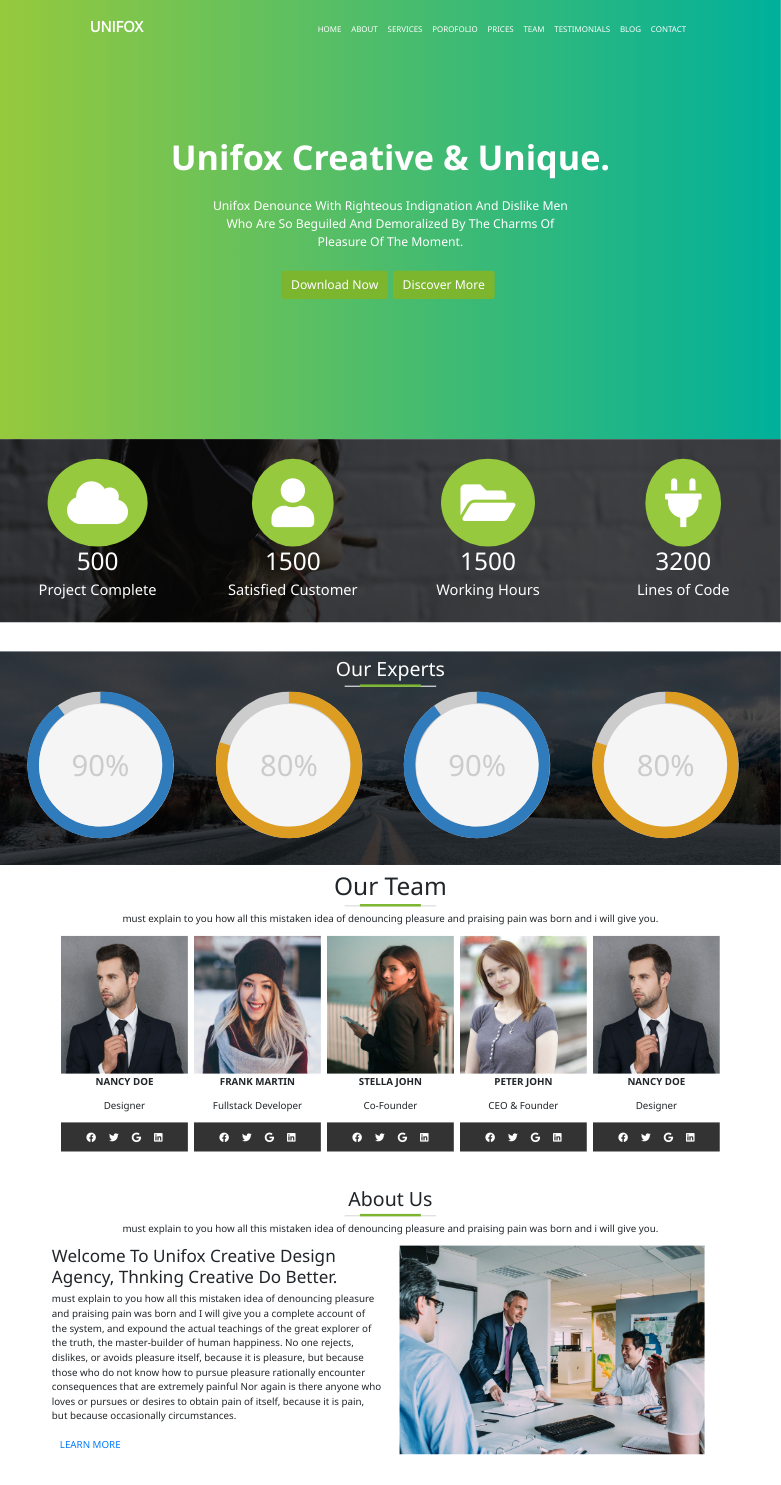
Repository: ibrkhalil/Uniforce-First-Attempt
Page: index.html
These files come from the project's save history. The page is drawn as it stood at one moment and after the next save; the edit follows.
The browser window is 1280 px wide. The pictures show the whole page, at 61% of full size.
Backgrounds fixed to the window are drawn as part of the page.

Above is the page before, as saved 2021-01-24 02:31:52.

After the next save:
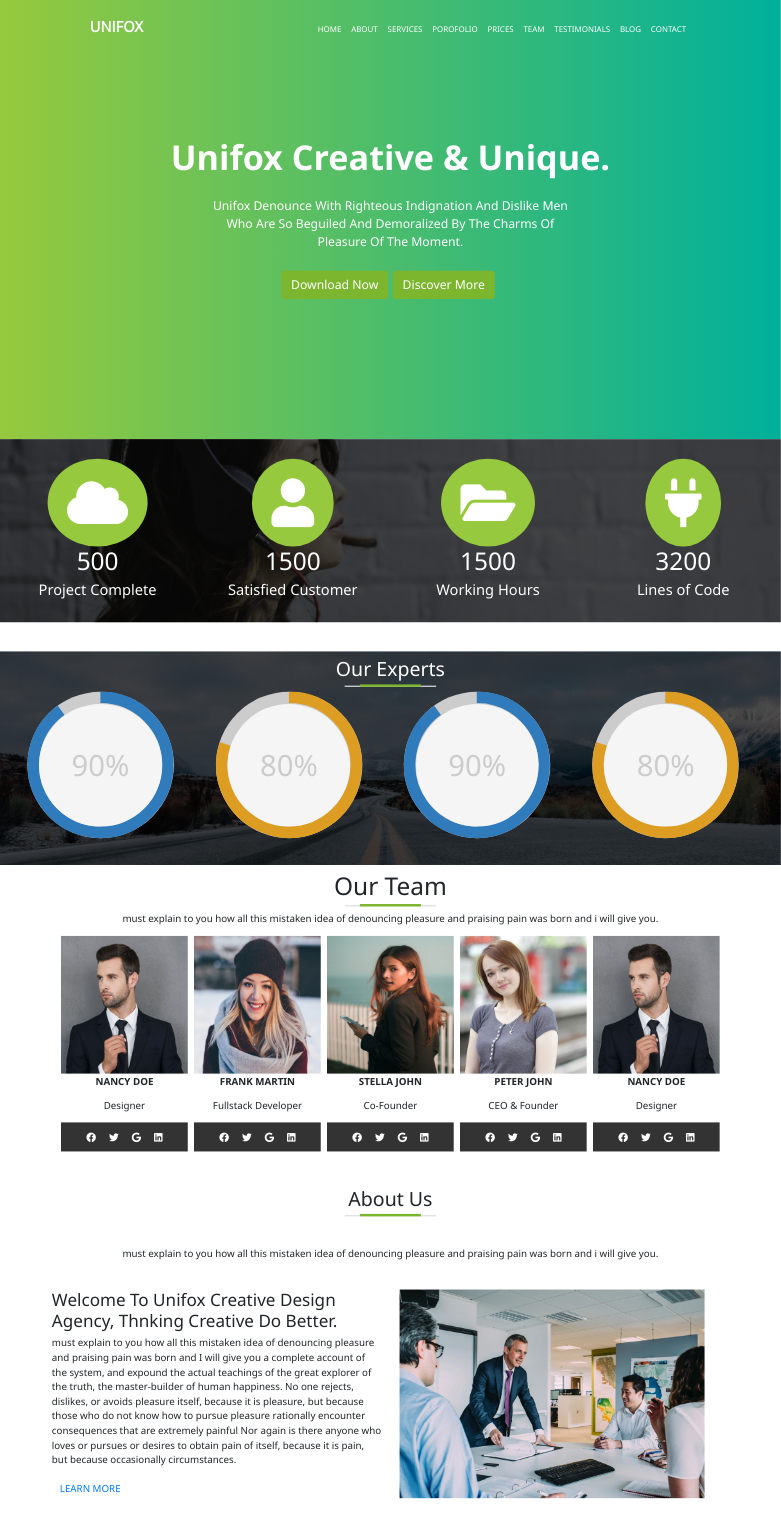
Saved 26 s later.
--- a/index.html
+++ b/index.html
@@ -277,7 +277,7 @@
         <section class="about-section my-5 green-bottom-border">
             <div class="container">
                 <h2 class="line">About Us</h2>
-                <p class="aligny-center">must explain to you how all this mistaken idea of denouncing pleasure and praising pain was born and i will give you.</p>
+                <p class="my-5 aligny-center">must explain to you how all this mistaken idea of denouncing pleasure and praising pain was born and i will give you.</p>
                 <div class="row">
                     <div class="col-md-6"><h3>Welcome To <span class="green-color">Unifox Creative</span> Design Agency, Thnking Creative Do Better.</h3><p>must explain to you how all this mistaken idea of denouncing pleasure and praising pain was born and I will give you a complete account of the system, and expound the actual teachings of the great explorer of the truth, the master-builder of human happiness. No one rejects, dislikes, or avoids pleasure itself, because it is pleasure, but because those who do not know how to pursue pleasure rationally encounter consequences that are extremely painful Nor again is there anyone who loves or pursues or desires to obtain pain of itself, because it is pain, but because occasionally circumstances.</p>
                     <a href="#" class="btn">LEARN MORE</a>
